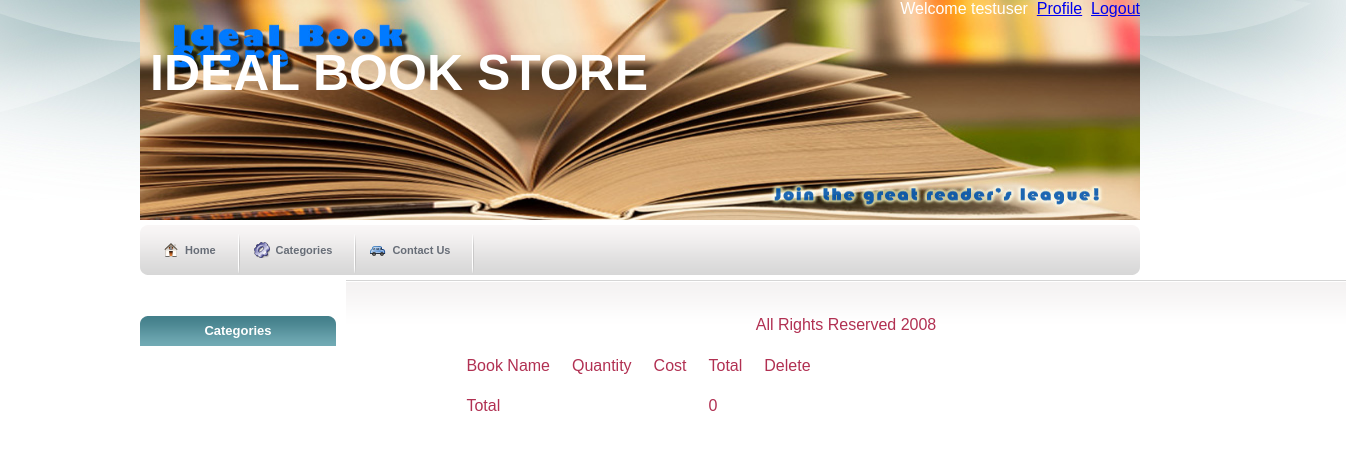
Repository: tusharjain887/Online-Book-Sales
Page: http://localhost/OnlineBook/view_cart.jsp
The author's editor kept a copy of each file at every save. The page is drawn from the files as they stood at one save, then again after the next save.
The browser window is 1280 px wide. The page is 1346 px wide, so the pictures cover 1346 px, including what lies to the right of the window. The pictures show the whole page.
The page is served by Tomcat 9. The session is filled in as if someone had signed in: {"username": "testuser"}. Queries for data that is not in the repository find no rows.

Above is the page before, as saved 2013-04-09 09:47:19.

### PROJECT/workspace/workspace/OnlineBook/WebContent/view_cart.jsp
<%@ page import="java.sql.*"%>
<%@ page import="java.io.*"%>
<%@ page import="java.util.*"%>
<%@ page import="java.lang.*"%>
<!DOCTYPE html PUBLIC "-//W3C//DTD XHTML 1.0 Transitional//EN" "http://www.w3.org/TR/xhtml1/DTD/xhtml1-transitional.dtd">
<html xmlns="http://www.w3.org/1999/xhtml">
<head>
<title>Ideal Book Store</title>
<meta http-equiv="Content-Type" content="text/html; charset=windows-1252" />
<link rel="stylesheet" type="text/css" href="style.css" />
<!--[if IE 6]>
<link rel="stylesheet" type="text/css" href="iecss.css" />
<![endif]-->
<script type="text/javascript" src="js/boxOver.js"></script>
</head>
<body>
<div id="main_container">
  <div class="top_bar">
  <div id="header">
  <div style="float:right;font-size:16px;color:#fff">
 <%  Object c=session.getAttribute("username");
if(c!=null)
	{
	out.print("Welcome  " +session.getAttribute("username").toString());
	%>
	&nbsp<a href='myprofile.jsp'>Profile</a>
	&nbsp<a href='logout.jsp'>Logout</a>
	<%
	}
else
{
	response.sendRedirect("index.jsp");
}
	%>
	</div>
   <div  style="padding:10px;font-size:25px;color: #FFF;"><h1>IDEAL BOOK STORE</h1></div>
  </div>
  <div id="main_content">
    <div id="menu_tab">
      <div class="left_menu_corner"></div>
      <ul class="menu">
        <li><a href="index.jsp" class="nav1"> Home</a></li>
        <li class="divider"></li>
        <li><a href="categories.jsp" class="nav2">Categories</a></li>
        <li class="divider"></li>
        <%
        if(c==null)
        {
        %><li><a href="registration.html" class="nav4">Sign Up</a></li>
        <li class="divider"></li>
        <%
        }%>
        <li><a href="contact.jsp" class="nav5">Contact Us</a></li>
        <li class="divider"></li>
      </ul>
      <div class="right_menu_corner"></div>
    </div>
    <!-- end of menu tab -->
    <div class="left_content">
     <br><br><br>
      <div class="title_box">Categories</div>
      <ul class="left_menu">
      <%
      try{
	Class.forName("com.ibm.db2.jcc.DB2Driver").newInstance();
	Connection Conn=DriverManager.getConnection("jdbc:db2://localhost:50000/BOOKS","Rakesh","Rakesh");
	PreparedStatement ps=Conn.prepareStatement("SELECT CAT_ID,CAT_NAME FROM CATEGORY");
	ResultSet rs=ps.executeQuery();
	while(rs.next())
    {
		String name=rs.getString(2);
 	%>
        <li class="even"><%out.println("<a href='viewcategory.jsp?cat_id="+rs.getString(1)+"'>"+name+"</a>");%></li>
        <%
        }
        %>

     <%
	ps.close();
	Conn.close();
	}
	catch(Exception ex){
	    out.println(ex);
	}

      %>
      </ul>
      </div>
    </div>
    <!-- end of left content -->
    <div class="center_content">
    <div style="font-size:16px;color:#B13052;"><center>
    <table cellpadding=10 text-align=center>
<tr>
<td>Book Name</td>
<td>Quantity</td>
<td>Cost</td>
<td>Total</td>
<td>Delete</td>
</tr>
<%
int total=0;
int check=0;
try{
	Class.forName("com.ibm.db2.jcc.DB2Driver").newInstance();
	Connection Conn=DriverManager.getConnection("jdbc:db2://localhost:50000/BOOKS","Rakesh","Rakesh");
	PreparedStatement ps=Conn.prepareStatement("SELECT * FROM TEMP");
	ResultSet rs=ps.executeQuery();
	while(rs.next())
    {
		check++;
		out.println("<tr>");
         	out.println("<td>"+rs.getString(4)+"</td>");
         	int quantity=Integer.parseInt(rs.getString(3));
	        out.println("<td>"+rs.getString(3)+"</td>");
         	int cost=Integer.parseInt(rs.getString(2));
         	out.println("<td>"+rs.getString(2)+"</td>");
         	out.println("<td>"+(quantity*cost)+"</td>");
		 	total=total+quantity*cost;
		 	out.println("<td><a href='deletecartitem.jsp?bookid="+rs.getString(1)+"'>Delete</a></td>");
         	out.println("</tr>");
    }

    ps.close();
	Conn.close();
	}
	catch(Exception ex){
	    out.println(ex);
	}

    %>


<tr>
<td>Total</td>
<td></td>
<td></td>
<td><% out.println(total);%></td>
</tr>
<%
if(check>0)
{
%>
</table>
<form action="process_shopping.jsp" method="post">
<input type="submit" name="continue" value="Continue"/>
</form>
<%
}
%>
</center></div>
    </div>
    <!-- end of center content -->
      </div>
  <!-- end of main content -->
  <div class="footer">
    <br><br>
    <center> All Rights Reserved 2008</center>
      </div>

<!-- end of main_container -->
</body>
</html>

### PROJECT/workspace/workspace/OnlineBook/WebContent/style.css
body
{
background:url(images/bg.jpg) no-repeat #fff center top;
padding:0;
font-family:Arial, Helvetica, sans-serif;
font-size:11px;
margin:0px auto auto auto;
color:#000;
}
p{
padding:2px;
margin:0px;
}
#main_container{
width:1000px;
height:auto;
margin:auto;
padding:0px;
}
.top_bar{
width:1000px;
height:38px;
background-color:#4a4a4a;
}
.top_search{
width:370px;
height:32px;
margin:0px 20px 0 0;
_margin:0px 10px 0 0;
float:right;
background:url(images/top_search_bg.gif) no-repeat center;
}
input.search_input{
width:182px;
height:18px;
float:left;
margin:5px 0 0 0 ;
border:1px solid #dbdbdb;
border-bottom-color:#ffffff;
border-right-color:#ffffff;
}
.search_text{
float:left;
width:110px;
padding:8px 0 0 15px;
color:#999999;
}
.search_text a{
text-decoration:none;
color:#999999;
}
.search_bt{
float:left;
padding:2px 0 0 15px;
}
.languages{
float:right;
width:150px;
padding:8px 0 0 0;
}
.lang_text{
float:left;
padding:0 5px 0 0;
color:#b3adad;
}
a.lang{
display:block;
float:left;
padding:0 5px 0 5px;
}
#header{
width:1000px;
height:220px;
background:url(images/book4.jpg) no-repeat center;
background-position:0px 0px;
background-size:1000px 220px;
margin=0;
}
.logout{
	float:right;
	font-size:14px;
	color: green;
	font-weight: bold;
}
.logout a,.logout a:hover {
	color: B13052;
}

}
#logo{
padding:15px;
}
#templatemo_header {
	clear: both;
	width: 1000px;
	height: 200px;
	padding: 0;
	margin: 0;
	background: url(images/templatemo_header_bg.jpg) no-repeat;
}

#templatemo_header a,a:hover {
	color: #000;
}

#templatemo_header #templatemo_special_offers {
	float: left;
	font-size: 14px;
	margin-top: 95px;
	margin-left: 490px;
	width: 180px;
}

#templatemo_special_offers a {
	font-size: 12px;
}

#templatemo_special_offers  p {
	margin: 0 0 20px 0;
}
#templatemo_special_offers p span {
	font-size: 18px;
}

#templatemo_header #templatemo_new_books {
	float: left;
	margin-top: 90px;
	margin-left: 55px;
	width: 180px;
}

#templatemo_new_books ul {
	 margin: 0 0 10px 0;
	 padding: 0 0 0 20px;
}

#templatemo_new_books li {
	 margin: 0;
	 padding: 0;
}

/*------------------------------oferte_content-----------------------*/
.oferte_content{
width:600px;
height:264px;
float:left;
padding:0 0 0 50px;
}
.top_divider{
float:left;
width:1px;
height:164px;
}
.oferta{
width:538px;
float:left;
padding:15px 30px 0 30px;
}
.oferta_img{
float:left;
padding:0 0 10px 0;
}
.oferta_title{
font-size:15px;
color:#b72c24;
font-weight:bold;
}
.oferta_details{
width:400px;
float:left;
padding:0 0 0 30px;
}
.oferta_text{
padding:5px 0 5px 0;
font-size:12px;
color:#FFFFFF;
text-align:justify;
line-height:15px;
}
a.details{
width:83px;
height:21px;
display:block;
float:right;
margin:5px 0 0 0;
padding-left:5px;
background:url(images/details_bt_bg.gif) no-repeat center;
text-align:center;
line-height:21px;
text-decoration:none;
color:#000000;
}
/*---------------------oferta_pagination-----------------------------*/

div.oferta_pagination {
clear:both;
padding:10px 0 0 0;
_padding:0px 0 0 0;
margin:5px;
text-align:center;
float:left;
font-size:10px;
}

div.oferta_pagination a {
width:22px;
height:22px;
display:block;
float:left;
margin:0 0 0 5px;
_margin:0 0 0 3px;
line-height:23px;
text-align:center;
background:url(images/pag_bg.gif) no-repeat center;
text-decoration:none;
color:#9d8b8b;
}
div.oferta_pagination a:hover, div.pagination a:active {
width:22px;
height:22px;
display:block;
float:left;
line-height:23px;
text-align:center;
background:url(images/pag_bg_a.gif) no-repeat center;
text-decoration:none;
color:#ad1614;
}
div.oferta_pagination span.current {
width:22px;
height:22px;
display:block;
float:left;
line-height:23px;
text-align:center;
background:url(images/pag_bg_a.gif) no-repeat center;
text-decoration:none;
color:#ad1614;
}
#main_content{
clear:both;
}
/*---------------- menu tab----------------------*/
#menu_tab{
width:1000px;
height:50px;
background-color:#fff;
margin-top:5px;
}
.left_menu_corner{
width:9px;
height:50px;
float:left;
background:url(images/menu_left.gif) no-repeat center;
}
.right_menu_corner{
width:9px;
height:50px;
float:left;
background:url(images/menu_right.gif) no-repeat center;
}
ul.menu {
list-style-type:none; float:left; display:block; width:982px;
margin:0px; padding:0px;background:url(images/menu_bg.gif) repeat-x;}

ul.menu li {
display:inline;
font-size:11px;
font-weight:bold;
line-height:50px;
}
ul.menu li.divider {
display:inline;
width:2px;
height:50px;
float:left;
background:url(images/menu_divider.gif) no-repeat center;
}

a.nav1:link, a.nav1:visited {
display:block; float:left; padding:0px 8px 0px 22px; margin:0 14px 0 14px;height:50px;text-decoration:none; background:url(images/home.png) no-repeat left; color:#676d77;}
a.nav2:link, a.nav2:visited {
display:block; float:left; padding:0px 8px 0px 22px; margin:0 14px 0 14px;height:50px;text-decoration:none; background:url(images/services.png) no-repeat left; color:#676d77;}
a.nav3:link, a.nav3:visited {
display:block; float:left; padding:0px 8px 0px 22px; margin:0 14px 0 14px;height:50px;text-decoration:none; background:url(images/favs.png) no-repeat left; color:#676d77;}
a.nav4:link, a.nav4:visited {
display:block; float:left; padding:0px 8px 0px 22px; margin:0 14px 0 14px;height:50px;text-decoration:none; background:url(images/user_add.png) no-repeat left; color:#676d77;}
a.nav5:link, a.nav5:visited {
display:block; float:left; padding:0px 8px 0px 22px; margin:0 14px 0 14px;height:50px;text-decoration:none; background:url(images/car.png) no-repeat left; color:#676d77;}
a.nav6:link, a.nav6:visited {
display:block; float:left; padding:0px 8px 0px 22px; margin:0 14px 0 14px;height:50px;text-decoration:none; background:url(images/contact-new.png) no-repeat left; color:#676d77;}

a.nav1:hover, a.nav2:hover, a.nav3:hover, a.nav4:hover, a.nav5:hover, a.nav6:hover {
color:#333333;}


li.currencies{
width:180px;
float:left;
padding:0 0 0 15px;
_padding:12px 0 0 15px;
color:#676d77;
font-size:11px;
font-weight:bold;
}
/*----------------crumb_navigation-------------*/
.crumb_navigation{
width:980px;
height:15px;
padding:5px 10px 0 20px;
color:#333333;
background:url(images/navbullet.png) no-repeat left;
background-position:5px 6px;
}
.crumb_navigation a{
color:#0fa0dd;
text-decoration:underline;
}
span.current{
color:#0fa0dd;
}

/*-------------left_content------------------*/
.left_content{
width:196px;
float:left;
}
.title_box{
width:196px;
height:30px;
margin:5px 0 0 0;
background:url(images/menu_title_bg.gif) no-repeat center;
text-align:center;
font-size:13px;
font-weight:bold;
color:#fff;
line-height:30px;
}
/*--------left menu---------*/
ul.left_menu{
width:196px;
padding:0px;
margin:0px;
list-style:none;
}
ul.left_menu li{
margin:0px;
list-style:none;
}
ul.left_menu li.odd a{
width:166px;height:25px;display:block;background:url(images/checked.png) no-repeat left #dad0d0; background-position:5px 5px;border-bottom:1px #FFFFFF solid;
text-decoration:none;color:#504b4b;padding:0 0 0 30px; line-height:25px;
}
ul.left_menu li.even a{
width:166px;height:25px;display:block;background:url(images/checked.png) no-repeat left #eee6e6;background-position:5px 5px;border-bottom:1px #FFFFFF solid;
text-decoration:none;color:#504b4b;padding:0 0 0 30px; line-height:25px;
}
ul.left_menu li.even a:hover, ul.left_menu li.odd a:hover{
background:url(images/checked.png) no-repeat left #7bbcc7; color:#FFFFFF;background-position:5px 5px;
}

.border_box{
width:194px;
height:auto;
text-align:center;
border:1px #6da6b1 solid;
}
.product_title{
color:#ea2222;
padding:5px 0 5px 0;
font-weight:bold;
}
.product_title a{
text-decoration:none;
color:#ea2222;
padding:5px 0 5px 0;
font-weight:bold;
}
.product_title a:hover{
color:#064E5A;
}
.product_img{
padding:5px 0 5px 0;
}
.prod_price{
padding:5px 0 5px 0;
}
span.reduce{
color:#ea2222;
text-decoration:line-through;
}
span.price{
color:#ea2222;
}
/*----------newsletter--------------*/
input.newsletter_input{
width:160px;
height:16px;
border:1px #ddd9d9 solid;
margin:10px 0 5px 0;
font-size:12px;
padding:3px;
color:#999999;
}
a.join{
width:17px;
display:block;
margin:5px 0 5px 140px;
_margin:5px 0 5px 130px;
background:url(images/blue-add.png) no-repeat left;
padding:0 0 0 20px;
text-decoration:none;
color:#1c4a52;
}
.banner_adds{
width:194px;
text-align:center;
padding:10px 0 10px 0;
}

/*center content--------------------------*/
.center_content{
width:585px;
float:left;
padding:5px 10px;
}
.center_title_bar{
width:520px;
height:33px;
float:left;
padding:0 0 0 40px;
margin:0 0 0 12px;
_margin:0 0 0 6px;
line-height:33px;
font-size:12px;
color:#847676;
font-weight:bold;
background:url(images/bar_bg.gif) no-repeat center;
}

/*----------------------right content--------------*/
.right_content{
width:196px;
float:left;
padding:5px 0 0 0;
}
.shopping_cart{
width:195px;
height:84px;
text-align:center;
background:url(images/cart_bg.gif) no-repeat center;
}
.cart_title{
font-size:12px;
font-size:12px;
color:#847676;
font-weight:bold;
padding:8px 0 0 0;
}
.cart_details{
width:115px;
float:left;
padding:5px 0 0 15px;
text-align:left;
}
.cart_icon{
float:left;
padding:5px 0 0 5px;
}
span.border_cart{
width:100px;
height:1px;
margin:3px 0 3px 0;
display:block;
border-top:1px #999999 dashed;
}
/*---------prod_box----------*/
.prod_box{
width:173px;
height:auto;
float:left;
padding:10px 10px 10px 11px;
}
.top_prod_box{
width:173px;height:12px;background:url(images/product_box_top.gif) no-repeat center bottom;float:left; padding:0px; margin:0px;
}
.bottom_prod_box{
width:173px;height:10px;background:url(images/product_box_bottom.gif) no-repeat center top;float:left;padding:0px; margin:0px;
}
.center_prod_box{
width:173px;height: auto;background:url(images/product_box_center.gif) repeat-y;float:left; text-align:center;padding:0px; margin:0px;
}
.prod_details_tab{
width:173px;
height:31px;
float:left;
background:url(images/products_details_bg.gif) no-repeat center;
margin:3px 0 0 0;
}
img.left_bt{
float:left;
padding:6px 0 0 6px;
}
a.prod_details{
width:25px;
display:block;
float:left;
background:url(images/square-blue-add.gif) no-repeat left;
padding:0 0 0 20px;
margin:7px 0 0 38px;
_margin:6px 0 0 35px;
text-decoration:none;
color:#0fa0dd;
}
/*---------prod_box_big----------*/
.prod_box_big{
width:554px;
height:auto;
float:left;
padding:10px 10px 10px 15px;
}
.top_prod_box_big{
width:554px;height:12px;background:url(images/details_box_top.gif) no-repeat center bottom;float:left; padding:0px; margin:0px;
}
.bottom_prod_box_big{
width:554px;height:12px;background:url(images/details_box_bottom.gif) no-repeat center top;float:left;padding:0px; margin:0px;
}
.center_prod_box_big{
width:554px;height: auto;background:url(images/details_box_center.gif) repeat-y;float:left; text-align:center;padding:0px; margin:0px;
}
.product_img_big{
width:170px;
padding:5px 0 5px 10px;
float:left;
}
.details_big_box{
width:345px;
float:left;
padding:0 0 0 15px;
text-align:left;
}
.product_title_big{
color:#ea2222;
padding:5px 0 5px 0;
font-weight:bold;
font-size:14px;
}
.specifications{
font-size:12px;
font-weight:bold;
line-height:18px;
}
.thumbs{
padding:8px 5px 8px 5px;
border:1px #DFD1D1 solid;
margin:3px 0 0 0;
}
.thumbs a{
padding:3px;
}
.prod_price_big{
padding:5px 0 5px 0;
font-size:16px;
}
span.reduce{
color:#ea2222;

}
span.price{
color:#ea2222;
}
a.addtocart{
width:76px;
height:27px;
display:block;
float:left;
background:url(images/addtocart.gif) no-repeat left;
padding:0 0 0 33px;
text-decoration:none;
line-height:27px;
color:#1c4a52;
}
a.compare{
width:76px;
height:27px;
display:block;
float:left;
margin:0 0 0 10px;
background:url(images/compare.gif) no-repeat left;
padding:0 0 0 33px;
text-decoration:none;
line-height:27px;
color:#1c4a52;
}
span.blue{
color:#5F9FAB;
}
/*---------------contact_form------------------*/
.contact_form{
width:355px;
float:left;
padding:0px 0 0 75px;
}
.form_row{
width:335px;
clear:both;
padding:10px 0 10px 0;
_padding:5px 0 5px 0;
color:#a53d17;
}
label.contact{
width:75px;
float:left;
font-size:12px;
text-align:right;
padding:4px 5px 0 0;
color: #333333;
}
input.contact_input{
width:253px;
height:18px;
background-color:#fff;
color:#999999;
border:1px #DFDFDF solid;
float:left;
}
textarea.contact_textarea{
width:253px;
height:50px;
font-family:Arial, Helvetica, sans-serif;
font-size:12px;
color: #999999;
background-color:#fff;
border:1px #DFDFDF solid;
float:left;
}
a.contact{
width:99px;
height:27px;
display:block;
float:right;
margin:0 0 0 10px;
background:url(images/contact_bt.gif) no-repeat left;
padding:0 0 0 10px;
text-decoration:none;
line-height:27px;
color:#1c4a52;
}
/*--------------footer----------------*/
.footer{
width:1000px;
clear:both;
height:65px;
background:url(images/footer_bg.gif) repeat-x top;
}
.left_footer{
float:left;
width:300px;
padding:5px 0 0 10px;
}
.right_footer{
float:right;
padding:15px 30px 0 0;
}
.right_footer a{
padding:0 0 0 7px;
text-decoration:none;
color: #666666;
}
.right_footer a:hover{
text-decoration:underline;
}

.center_footer{
float:left;
width:200px;
text-align:center;
color:#666666;
padding:10px 0 0 60px;
}

Loaded but not shown: PROJECT/workspace/workspace/OnlineBook/WebContent/js/boxOver.js (369 lines, source omitted)

After the next save:
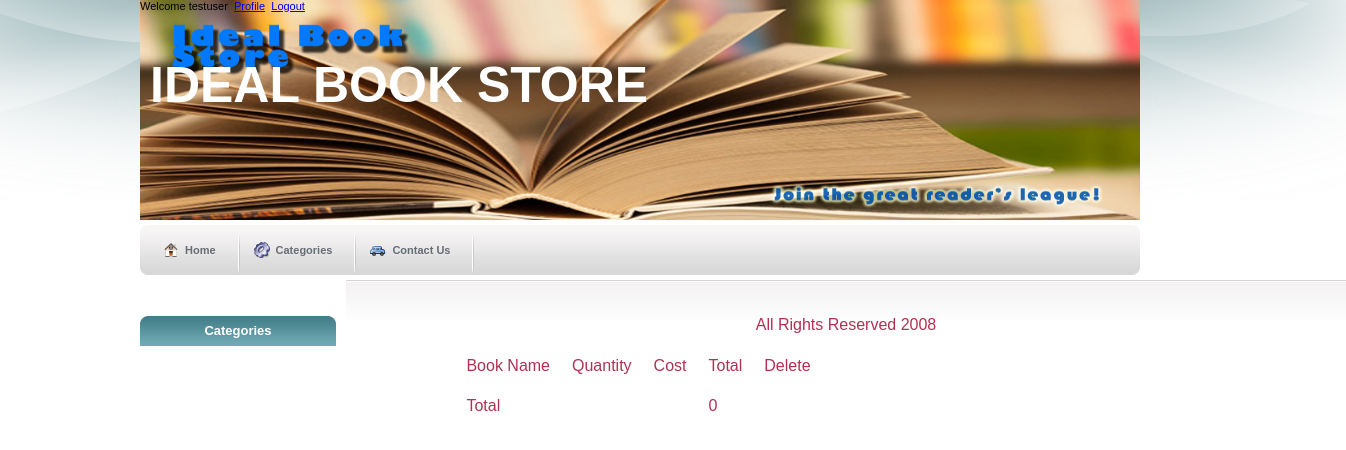
Saved 2 min 10 s later.
--- a/PROJECT/workspace/workspace/OnlineBook/WebContent/view_cart.jsp
+++ b/PROJECT/workspace/workspace/OnlineBook/WebContent/view_cart.jsp
@@ -17,7 +17,7 @@
 <div id="main_container">
   <div class="top_bar">
   <div id="header">
-  <div style="float:right;font-size:16px;color:#fff">
+  <div id="logout">
  <%  Object c=session.getAttribute("username");
 if(c!=null)
 	{
